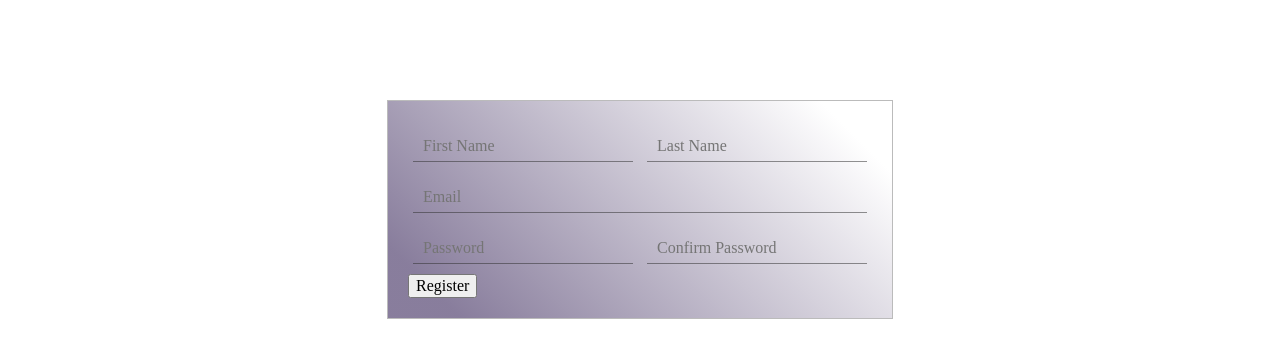
Repository: AMAmine89/vanilla-projects
Page: formo/index.html
These files come from the project's save history. The page is drawn as it stood at one moment and after the next save; the edit follows.
The browser window is 1280 px wide. The pictures show the whole page.

Above is the page before, as saved 2021-05-05 06:16:05.

After the next save:
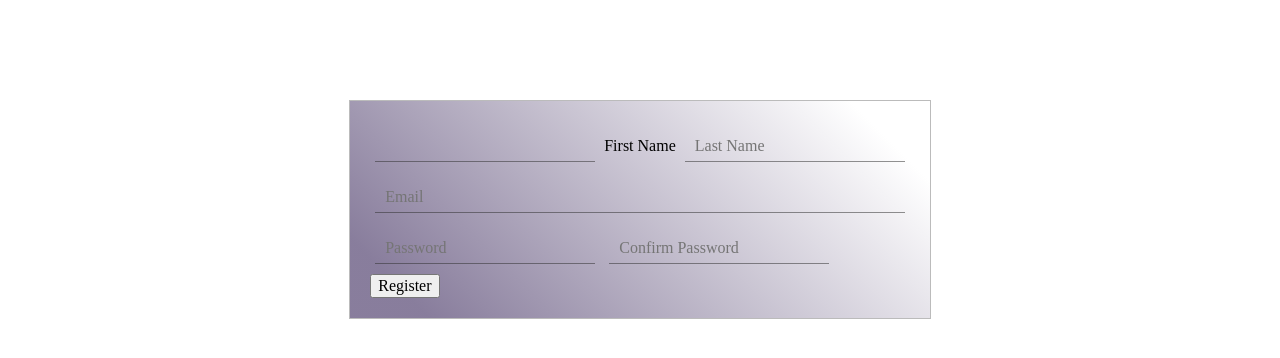
Saved 69 s later.
--- a/formo/index.html
+++ b/formo/index.html
@@ -12,7 +12,8 @@
     <section>
         <form>
             <div class="double-block">
-                <input type="text" name="first-name" placeholder="First Name" id="first-name">
+                <input type="text" name="first-name" id="first-name">
+                <label for="first-name">First Name</label>
                 <input type="text" name="last-name" placeholder="Last Name">
             </div>
             <div>
